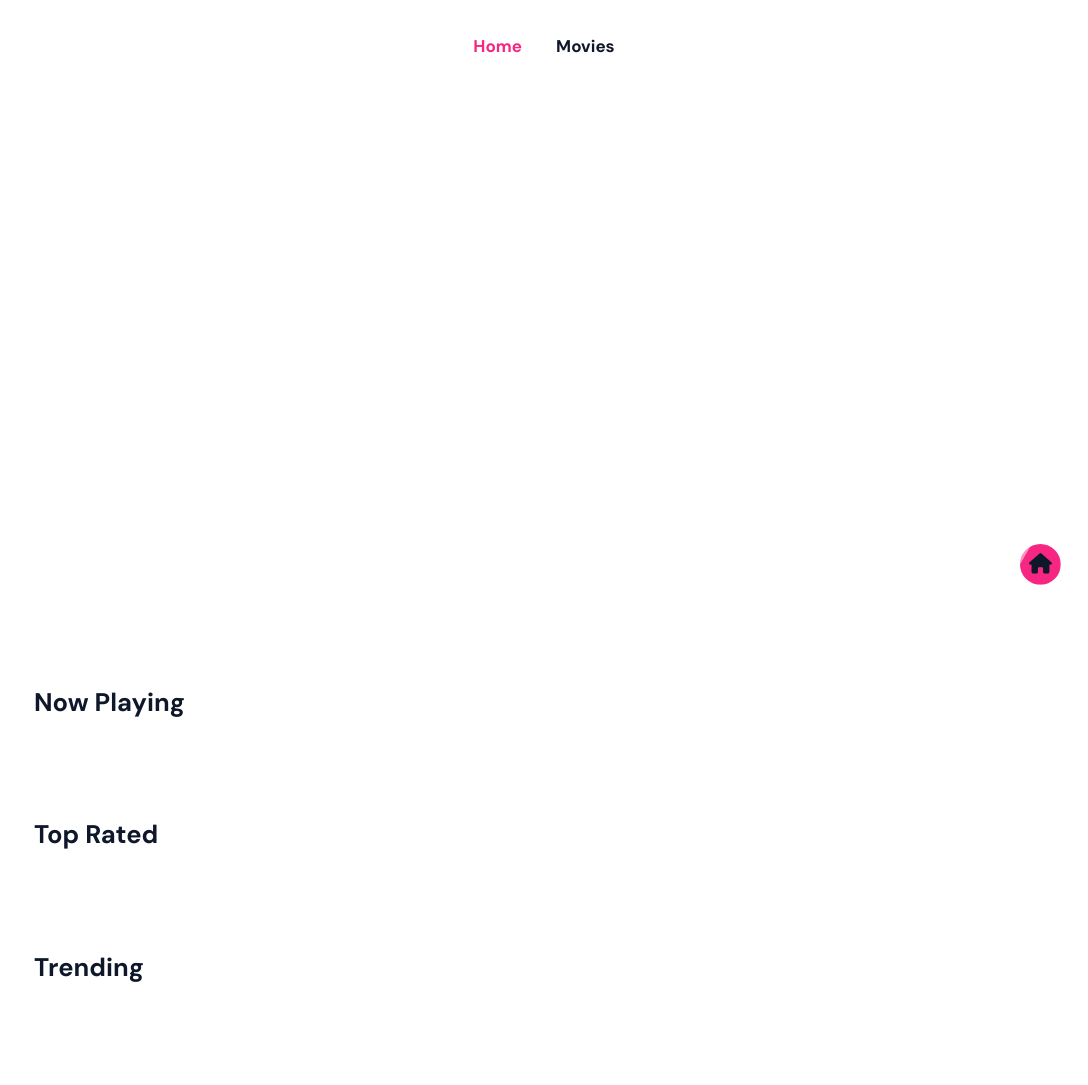
Repository: Linhyum/react-simple-movie
Page: /
An editor plug-in stored every save of this project. The page is shown before and after the next save, followed by the edit.
The browser window is 1280 px wide. The pictures show the whole page, at 85% of full size.
The page's requests for data from a server got no answer. The project was rebuilt for these pictures with package versions that can differ from the ones it lists, and the page was loaded fresh each time. No one was signed in, and anything a server would have sent is missing. Also part of the build but not shown: src/components/button/Button.js, src/components/movie/MovieCard.js.

Above is the page before, as saved 2023-04-02 17:25:16.

After the next save:
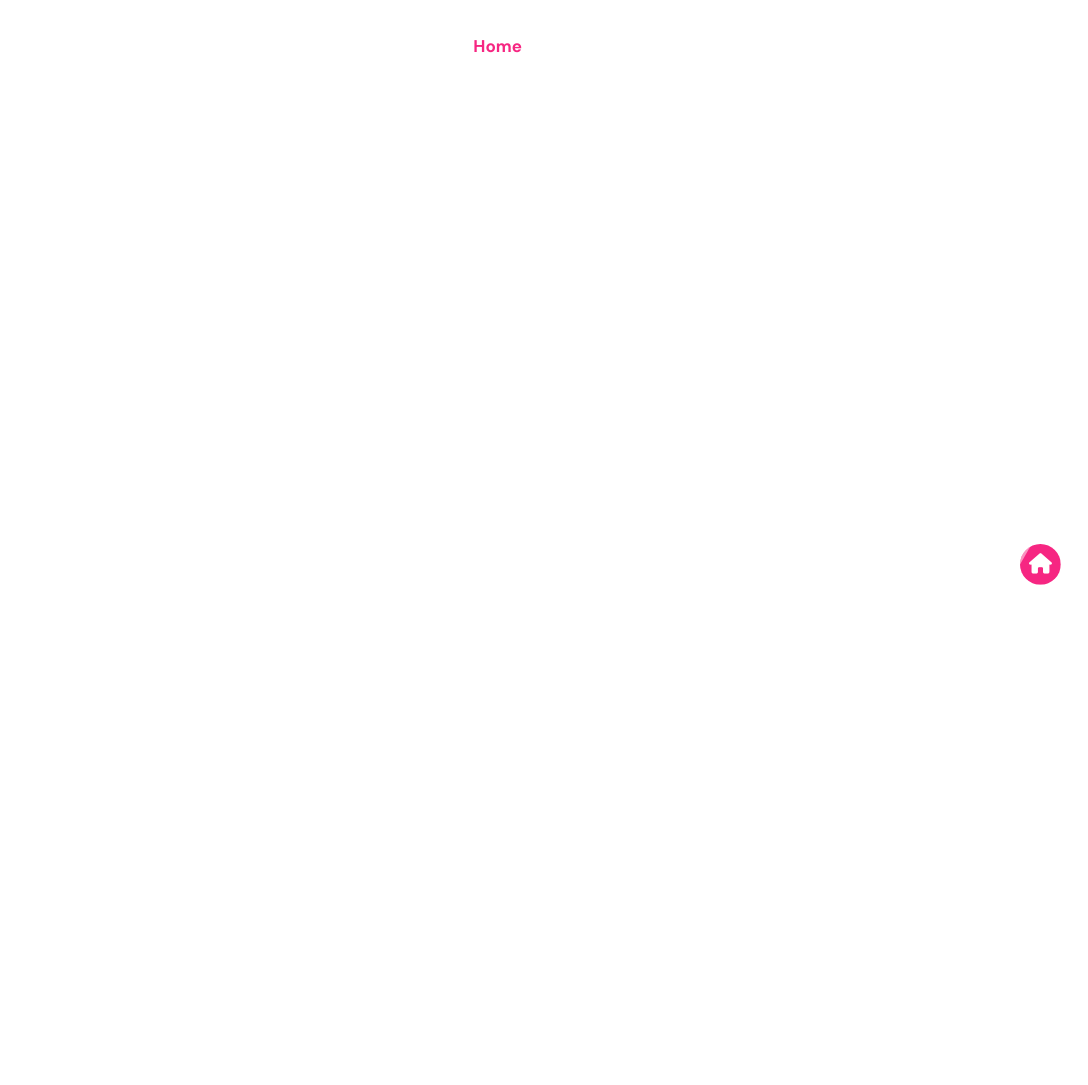
Saved 27 s later.
--- a/src/index.scss
+++ b/src/index.scss
@@ -5,7 +5,7 @@
 
 @layer base {
     body {
-        @apply bg-white font-body px-5 text-slate-900;
+        @apply bg-white font-body px-5 text-white;
     }
 
     .pagination {

After the save that followed:
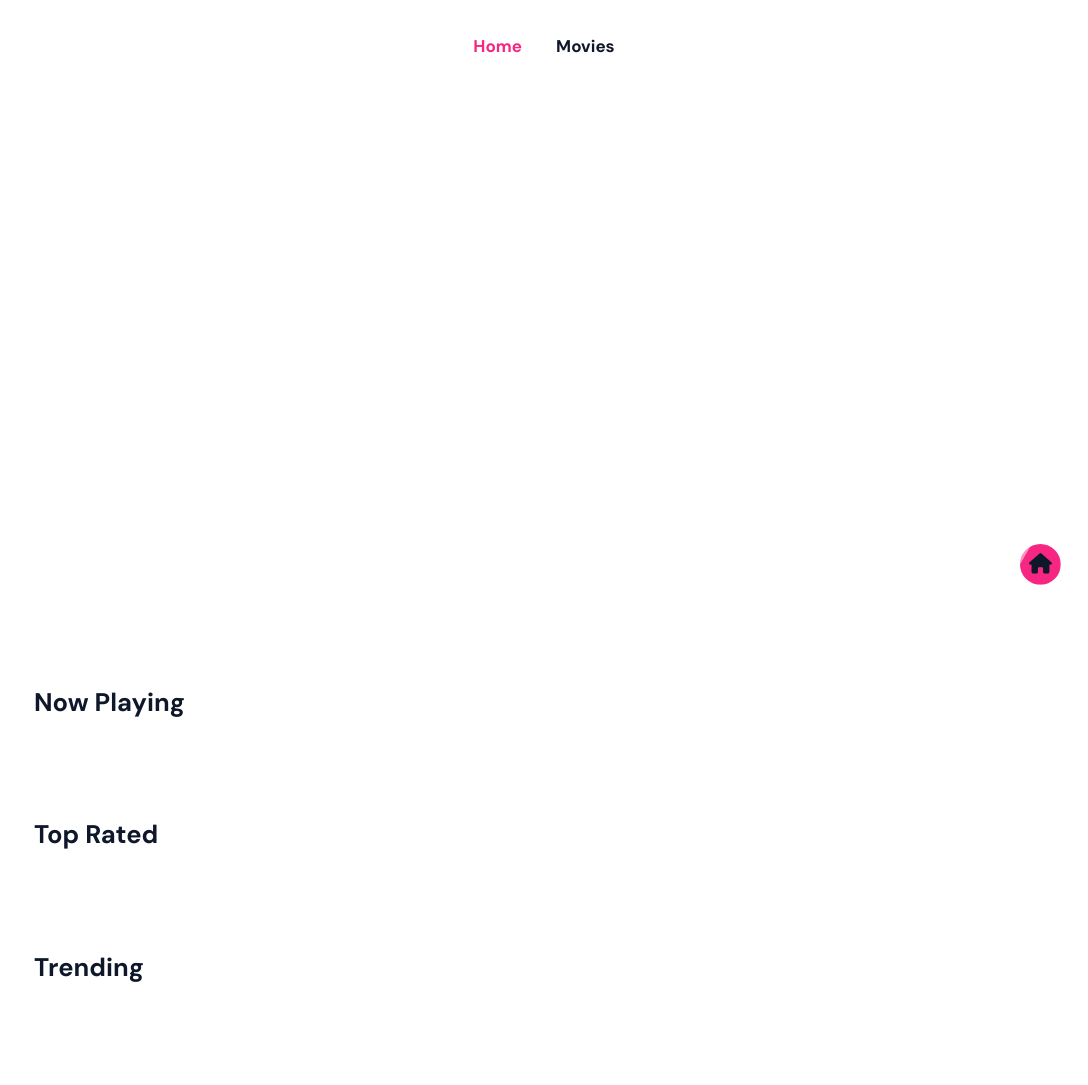
Saved 28 s later.
--- a/src/index.scss
+++ b/src/index.scss
@@ -5,7 +5,7 @@
 
 @layer base {
     body {
-        @apply bg-white font-body px-5 text-white;
+        @apply bg-white font-body px-5 text-slate-900;
     }
 
     .pagination {
